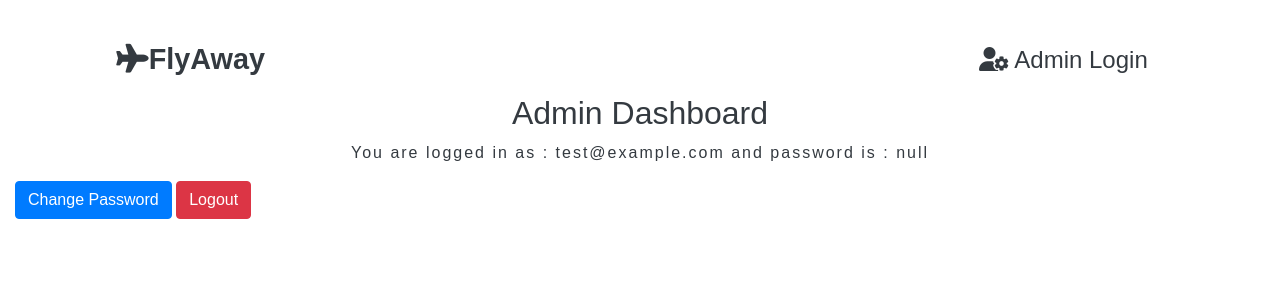
Repository: Niks4u2/FlyAway
Page: http://localhost/flyaway/dashboard.jsp
The author's editor kept a copy of each file at every save. The page is drawn from the files as they stood at one save, then again after the next save.
The browser window is 1280 px wide. The pictures show the whole page.
Some web fonts or font styles are not loaded; a fallback is used. Some web libraries are served in a nearby version. The page is served by Tomcat 10. The session is filled in as if someone had signed in: {"email": "test@example.com"}.

Above is the page before, as saved 2021-09-26 07:16:20.

After the next save:
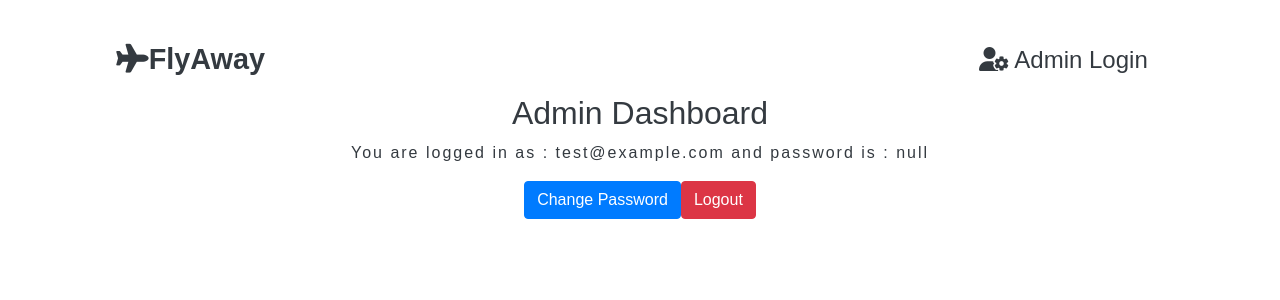
Saved 25 s later.
--- a/Source Code/flyaway/src/main/webapp/dashboard.jsp
+++ b/Source Code/flyaway/src/main/webapp/dashboard.jsp
@@ -80,7 +80,7 @@
                 <p>You are logged in as : <%= session.getAttribute("email") %> and password is : <%= session.getAttribute("password") %> </p>
             </div>
 
-            <div class="col-md-12 justify-content-center align-items-center">
+            <div class="col-md-12 d-flex justify-content-center align-items-center">
                 <button class="btn btn-primary">Change Password</button>
                 <a href="LogoutServlet"><button class="btn btn-danger">Logout</button></a>
             </div>

After the 5 saves that followed:
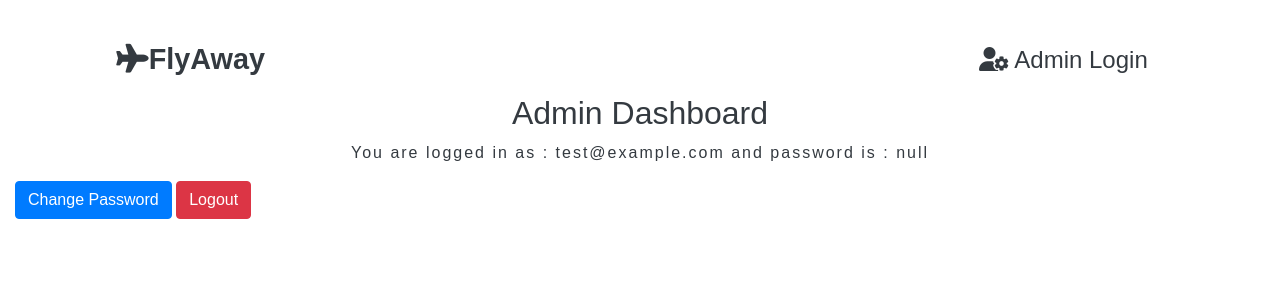
The 5 saves are shown as one change because 4 left the picture as it was.
The last was saved 9 min 44 s later.
--- a/Source Code/flyaway/src/main/webapp/dashboard.jsp
+++ b/Source Code/flyaway/src/main/webapp/dashboard.jsp
@@ -61,8 +61,8 @@
 	if(session.getAttribute("email") == null)
 		response.sendRedirect("login.jsp");
 	%>
-    <div class="container-fluid banner">
-        <div class="row justify-content-center align-items-center">
+    <div class="container-fluid banner justify-content-center align-items-center">
+        <div class="row g-4">
             <div class="col-md-12">
                 <nav class="navbar navbar-md">
                     <div class="navbar-brand text-dark"><i class="fas fa-plane"></i>FlyAway</div>
@@ -80,7 +80,7 @@
                 <p>You are logged in as : <%= session.getAttribute("email") %> and password is : <%= session.getAttribute("password") %> </p>
             </div>
 
-            <div class="col-md-12 d-flex justify-content-center align-items-center">
+            <div class="col-md-12">
                 <button class="btn btn-primary">Change Password</button>
                 <a href="LogoutServlet"><button class="btn btn-danger">Logout</button></a>
             </div>
